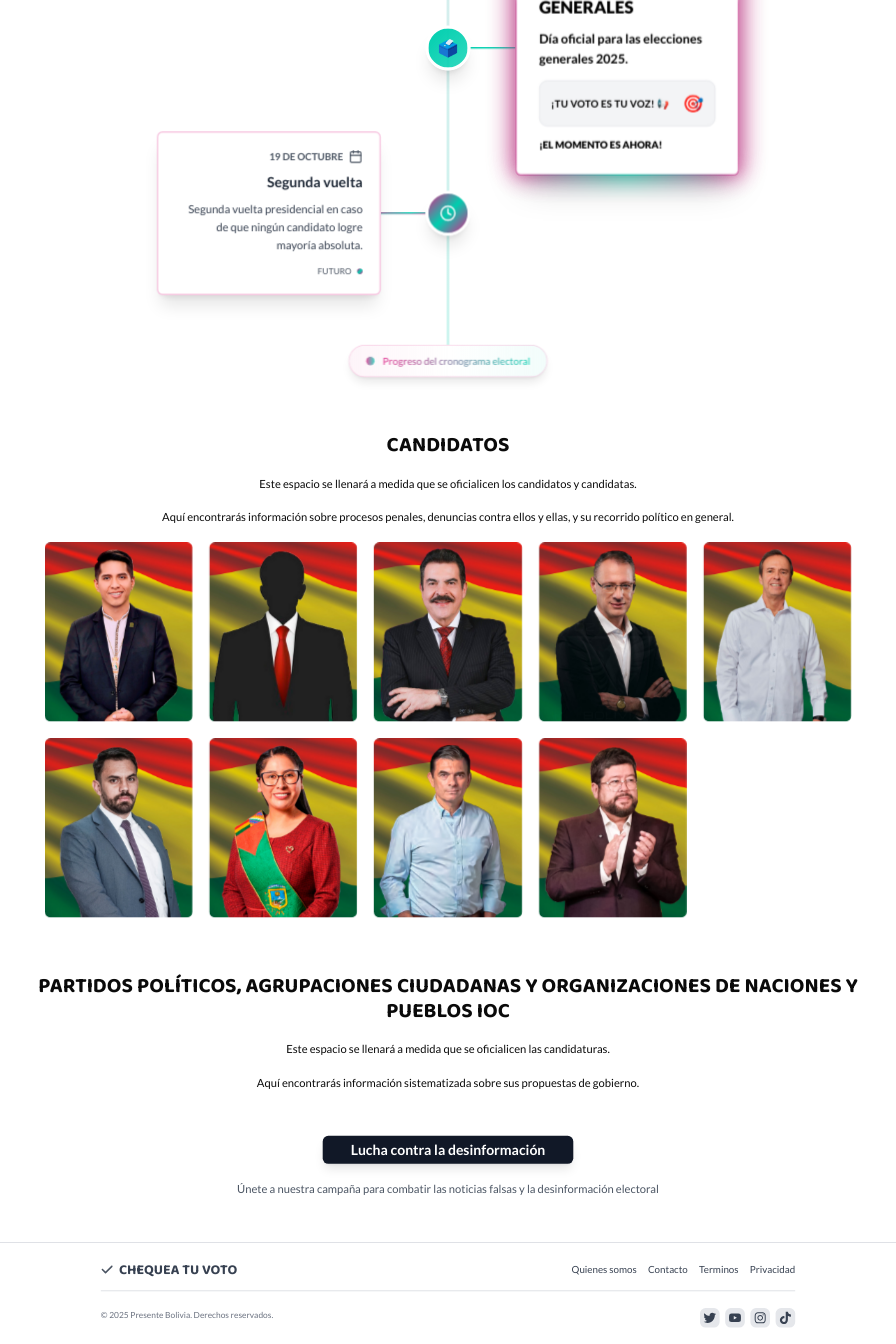
Repository: Roberto8695/chequeatuvoto-v2
Page: /
The author's editor kept a copy of each file at every save. The page is drawn from the files as they stood at one save, then again after the next save.
The browser window is 1280 px wide. The pictures show the part of the page from y = 4462 to 6382 px (the page is 6382 px tall), at 70% of full size.
The project was rebuilt for these pictures with package versions that can differ from the ones it lists, and the page was loaded fresh each time. Some packages were replaced by stand-ins written for this rebuild. The framework's server and built-in components were replaced by stand-ins that run in the browser. Also part of the build but not shown: next.config.ts.

Above is the page before, as saved 2025-07-01 17:24:33.

### src/app/layout.tsx
import type { Metadata } from "next";
import { Lato, Baloo_2 } from "next/font/google";
import "./globals.css";
import { Footer } from "./components/footer"; // Ensure correct import path
import { Navbar } from "./components/navbar"; // Ensure correct import path
import Script from "next/script";

const lato = Lato({
  variable: "--font-primary",
  subsets: ["latin"],
  weight: ["300", "400", "700", "900"],
});

const baloo = Baloo_2({
  variable: "--font-secondary",
  subsets: ["latin"],
  weight: ["400", "500", "700"],
});

export const metadata: Metadata = {
  title: "Chequea tu voto",
  description: "Página dedicada a ayudar a la población boliviana a verificar su voto",
  icons: {
    icon: [
      { url: "/logo3.svg", type: "image/svg+xml" },
      { url: "/icon.svg", type: "image/svg+xml" },
    ],
    shortcut: "/logo3.svg",
    apple: "/logo3.svg",
  },
};

export default function RootLayout({
  children,
}: Readonly<{
  children: React.ReactNode;
}>) {
  return (
    <html lang="en">
<body className={`${lato.variable} ${baloo.variable} antialiased`}>
  {/* Google Analytics */}
  <Script
    strategy="afterInteractive"
    src={`https://www.googletagmanager.com/gtag/js?id=G-XXXXXXXXXX`} // Replace with your ID
  />
  <Script
    id="ga-init"
    strategy="afterInteractive"
    dangerouslySetInnerHTML={{
      __html: `
        window.dataLayer = window.dataLayer || [];
        function gtag(){dataLayer.push(arguments);}
        gtag('js', new Date());
        gtag('config', 'G-JVEVFC0HKC', {
          page_path: window.location.pathname,
        });
      `,
    }}
  />

  <div className="flex flex-col min-h-screen">
    <Navbar />
    <main className="flex-1">{children}</main>
    <Footer />
  </div>
</body>

    </html>
  );
}

### src/app/components/footer.tsx
import Link from "next/link";
import {FaCheck } from "react-icons/fa6"; // Location Icon
import { FaTwitter,FaInstagram, FaTiktok, FaYoutube } from "react-icons/fa"; // Social Icons

const footerLinks = [
  { name: "Quienes somos", href: "/about" },
  { name: "Contacto", href: "/contact" },
  { name: "Terminos", href: "/#" },
  { name: "Privacidad", href: "/#" },
];

const socialLinks = [
  { icon: FaTwitter, href: "https://twitter.com" },
  { icon: FaYoutube, href: "https://discord.com" },
  { icon: FaInstagram, href: "https://instagram.com" },
  { icon: FaTiktok, href: "https://tiktok.com" },
];

export function Footer() {
  return (
    <footer className="bg-white border-t border-gray-300 py-6">
      <div className="max-w-screen-lg mx-auto flex flex-col gap-4 px-4">
        {/* First Row: Location & Links */}
        <div className="flex flex-col sm:flex-row justify-between items-center w-full">
          {/* Location */}
          <div className="flex items-center gap-2 text-gray-700 text-sm">
            <FaCheck className="text-lg text-gray-600" />
            <span className="font-extrabold font-round text-2xl sm:text-xl">CHEQUEA TU VOTO</span>
          </div>

          {/* Navigation Links */}
          <nav className="flex gap-4 flex-wrap justify-center sm:justify-end">
            {footerLinks.map((link) => (
              <Link key={link.name} href={link.href} className="text-sm text-gray-700 hover:text-black">
                {link.name}
              </Link>
            ))}
          </nav>
        </div>

        {/* Second Row: Copyright & Social Icons */}
        <div className="flex flex-col sm:flex-row justify-between items-center w-full border-t border-gray-300 pt-4">
          {/* Copyright */}
          <div className="text-xs text-gray-500 text-center sm:text-left">
            © {new Date().getFullYear()} Presente Bolivia. Derechos reservados.
          </div>

          {/* Social Icons */}
          <div className="flex gap-2 mt-2">
            {socialLinks.map(({ icon: Icon, href }, idx) => (
              <Link key={idx} href={href} target="_blank" rel="noopener noreferrer">
                <div className="w-7 h-7 flex items-center justify-center rounded-lg bg-gray-200 hover:bg-gray-300 transition">
                  <Icon className="text-gray-700 text-lg" />
                </div>
              </Link>
            ))}
          </div>
        </div>
      </div>
    </footer>
  );
}

### src/components/ui/button.tsx
import * as React from "react"
import { Slot } from "@radix-ui/react-slot"
import { cva, type VariantProps } from "class-variance-authority"

import { cn } from "@/lib/utils"

const buttonVariants = cva(
  "inline-flex items-center justify-center gap-2 whitespace-nowrap rounded-md text-sm font-medium ring-offset-background transition-colors focus-visible:outline-none focus-visible:ring-2 focus-visible:ring-ring focus-visible:ring-offset-2 disabled:pointer-events-none disabled:opacity-50 [&_svg]:pointer-events-none [&_svg]:size-4 [&_svg]:shrink-0",
  {
    variants: {
      variant: {
        default: "bg-primary text-primary-foreground hover:bg-primary/90",
        destructive:
          "bg-destructive text-destructive-foreground hover:bg-destructive/90",
        outline:
          "border border-input bg-background hover:bg-accent hover:text-accent-foreground",
        secondary:
          "bg-secondary text-secondary-foreground hover:bg-secondary/80",
        ghost: "hover:bg-accent hover:text-accent-foreground",
        link: "text-primary underline-offset-4 hover:underline",
      },
      size: {
        default: "h-10 px-4 py-2",
        sm: "h-9 rounded-md px-3",
        lg: "h-11 rounded-md px-8",
        icon: "h-10 w-10",
      },
    },
    defaultVariants: {
      variant: "default",
      size: "default",
    },
  }
)

export interface ButtonProps
  extends React.ButtonHTMLAttributes<HTMLButtonElement>,
    VariantProps<typeof buttonVariants> {
  asChild?: boolean
}

const Button = React.forwardRef<HTMLButtonElement, ButtonProps>(
  ({ className, variant, size, asChild = false, ...props }, ref) => {
    const Comp = asChild ? Slot : "button"
    return (
      <Comp
        className={cn(buttonVariants({ variant, size, className }))}
        ref={ref}
        {...props}
      />
    )
  }
)
Button.displayName = "Button"

export { Button, buttonVariants }

### src/app/components/card-candidatos.tsx
import { FocusCards } from "@/components/ui/focus-cards";

export function CardCandidatos() {
  const cards = [
    {
      title: "Andronico Rodríguez",
      team: "ALIANZA POPULAR",
      src: "/imagenes2/IMAGENES PAGINA WEB/andronico.jpg",
      slug: "alianza-popular",
    },
    {
      title: "A confirmar",
      team: "ADN",
      src: "/imagenes2/IMAGENES PAGINA WEB/proximamente-extra.jpg",
      slug: "adn",
    },
    {
      title: "Manfred Reyes Villa",
      team: "APB-SUMATE",
      src: "/imagenes2/IMAGENES PAGINA WEB/Manfred.jpg",
      slug: "apb-sumate",
    },
    {
      title: "Jaime Dunn",
      team: "NGP",
      src: "/imagenes2/IMAGENES PAGINA WEB/jaime-dunn.jpg",
      slug: "ngp",
    },
    {
      title: "Jorge Tuto Quiroga",
      team: "FRI",
      src: "/imagenes2/IMAGENES PAGINA WEB/tutito.jpg",
      slug: "fri",
    },
    {
      title: "Eduardo Del Castillo",
      team: "MAS-IPSP",
      src: "/imagenes2/IMAGENES PAGINA WEB/eduardo-del-castillo.jpg",
      slug: "mas-ipsp",
    },
    {
      title: "Eva Copa",
      team: "MORENA",
      src: "/imagenes2/IMAGENES PAGINA WEB/eva-copa.jpg",
      slug: "morena",
    },
    {
      title: "Rodrigo Paz Pereira",
      team: "PDC",
      src: "/imagenes2/IMAGENES PAGINA WEB/rodrigo-paz.jpg",
      slug: "pdc",
    },

    {
      title: "Samuel Doria Medina",
      team: "UN",
      src: "/imagenes2/IMAGENES PAGINA WEB/samuel-doria-medina.jpg",
      slug: "un",
    },

  ];

  return <FocusCards cards={cards} />;
}

### src/components/ui/hero-section.tsx
"use client"

import ElectionCountdown from "@/components/ui/countdown"


export default function HeroSection() {
  return (
    <section className="relative min-h-screen bg-gradient-to-br from-[#de2488]/5 via-white to-[#00cfaf]/5 overflow-hidden">
      {/* Elementos decorativos de fondo */}
      <div className="absolute inset-0 overflow-hidden">
        {/* Formas geométricas con los nuevos colores */}
        <div className="absolute top-20 left-10 w-32 h-32 bg-[#de2488]/10 rounded-full animate-pulse"></div>
        <div className="absolute top-40 right-20 w-24 h-24 bg-[#00cfaf]/15 rotate-45 animate-bounce"></div>
        <div className="absolute bottom-32 left-20 w-28 h-28 bg-[#de2488]/10 rounded-lg animate-pulse"></div>
        <div className="absolute bottom-20 right-10 w-20 h-20 bg-[#00cfaf]/10 rotate-12 animate-bounce"></div>

        {/* Líneas decorativas con los nuevos colores */}
        <div className="absolute top-0 left-1/4 w-1 h-full bg-gradient-to-b from-[#de2488]/30 via-[#00cfaf]/20 to-[#de2488]/30 animate-pulse"></div>
        <div className="absolute top-0 right-1/3 w-1 h-full bg-gradient-to-b from-[#00cfaf]/30 via-[#de2488]/20 to-[#00cfaf]/30 animate-pulse"></div>

        {/* Círculos adicionales para más dinamismo */}
        <div className="absolute top-1/3 left-1/2 w-40 h-40 bg-gradient-to-r from-[#de2488]/5 to-[#00cfaf]/5 rounded-full animate-pulse transform -translate-x-1/2"></div>
        <div className="absolute bottom-1/4 right-1/4 w-24 h-24 bg-[#de2488]/8 rounded-full animate-bounce"></div>
      </div>

      <div className="relative z-10 max-w-7xl mx-auto px-4 sm:px-6 lg:px-8 py-12">        {/* Header con texto principal centrado */}
        <div className="text-center mb-16">
          <div className="flex flex-col items-center justify-center">
            <h1 className="text-4xl sm:text-5xl lg:text-6xl font-bold font-round mb-8 text-black leading-tight">
              TE AYUDAMOS A INFORMARTE ANTES DE VOTAR
            </h1>

            {/* Countdown integrado debajo del texto */}
            <div className="flex justify-center">
              <ElectionCountdown />
            </div>
          </div>
        </div>


      </div>
    </section>
  )
}

### src/components/ui/loading-screen.tsx
"use client";

import { useEffect, useState } from 'react';
import Image from 'next/image';

interface LoadingScreenProps {
  onLoadingComplete: () => void;
}

export default function LoadingScreen({ onLoadingComplete }: LoadingScreenProps) {
  const [isVisible, setIsVisible] = useState(true);
  const [shouldShow, setShouldShow] = useState(false);

  useEffect(() => {
    // Verificar si ya se mostró la loading screen en esta sesión
    const hasShownLoading = localStorage.getItem('hasShownLoadingScreen');

    if (!hasShownLoading) {
      // Primera vez en la sesión, mostrar loading screen
      setShouldShow(true);
      localStorage.setItem('hasShownLoadingScreen', 'true');

      const timer = setTimeout(() => {
        setIsVisible(false);
        // Dar un poco más de tiempo para la animación de salida
        setTimeout(() => {
          onLoadingComplete();
        }, 500);
      }, 2500);

      return () => clearTimeout(timer);
    } else {
      // Ya se mostró antes, completar inmediatamente
      onLoadingComplete();
    }
  }, [onLoadingComplete]);

  // Si no debe mostrarse, no renderizar nada
  if (!shouldShow) {
    return null;
  }

  return (
    <div
      className={`fixed inset-0 z-50 flex items-center justify-center bg-white transition-opacity duration-500 ${
        isVisible ? 'opacity-100' : 'opacity-0'
      }`}
    >
      <div className="flex flex-col items-center space-y-8">
        {/* Logo con animación de pulso */}
        <div className="relative">
          <div className="absolute inset-0 bg-gradient-to-r from-[#de2488] to-[#00cfaf] rounded-full animate-ping opacity-30"></div>
          <div className="relative bg-white rounded-full p-4 shadow-2xl">
            <Image
              src="/logo3.svg"
              alt="Chequea tu Voto Logo"
              width={120}
              height={120}
              className="animate-pulse"
              priority
            />
          </div>
        </div>

        {/* Texto de carga */}
        <div className="text-center space-y-2">
          <h2 className="text-2xl font-bold bg-gradient-to-r from-[#de2488] to-[#00cfaf] bg-clip-text text-transparent">
            Chequea tu Voto
          </h2>
          <p className="text-gray-600 animate-pulse">
            Cargando...
          </p>
        </div>

        {/* Barra de progreso animada */}
        <div className="w-64 h-2 bg-gray-200 rounded-full overflow-hidden">
          <div
            className="h-full bg-gradient-to-r from-[#de2488] to-[#00cfaf] rounded-full animate-pulse"
            style={{
              animation: 'loadingBar 2.5s ease-in-out forwards'
            }}
          ></div>
        </div>
      </div>

      <style jsx>{`
        @keyframes loadingBar {
          0% {
            width: 0%;
          }
          100% {
            width: 100%;
          }
        }
      `}</style>
    </div>
  );
}

### src/components/ui/focus-cards.tsx
"use client";

import React, { useState } from "react";
import Image from "next/image";
import Link from "next/link";
import { cn } from "@/lib/utils";

interface CardType {
  title: string;
  team?: string;
  src: string;
  slug?: string;
  partido?: string;
}

export const Card = React.memo(
  ({
    card,
    index,
    hovered,
    setHovered,
  }: {
    card: CardType;
    index: number;
    hovered: number | null;
    setHovered: React.Dispatch<React.SetStateAction<number | null>>;
  }) => {
    const CardContent = (
      <div
        onMouseEnter={() => setHovered(index)}
        onMouseLeave={() => setHovered(null)}
        className={cn(
          "rounded-lg relative bg-gray-100 dark:bg-neutral-900 overflow-hidden h-48 md:h-64 w-full transition-all duration-300 ease-out cursor-pointer group",
          hovered !== null && hovered !== index && "blur-sm scale-[0.98]"
        )}
      >
        <Image
          src={card.src}
          alt={card.title}
          fill
          className="object-cover object-center group-hover:transition-transform duration-500"
        />
        <div
          className={cn(
            "absolute inset-0 bg-black/50 flex items-end py-3 px-3 transition-opacity duration-300",
            hovered === index ? "opacity-100" : "opacity-0"
          )}
        >
          <div className="w-full">
            <div className="text-sm md:text-lg font-bold bg-clip-text text-white leading-tight">
              {card.title}
            </div>
            {card.team && (
              <div className="text-xs md:text-sm font-bold bg-clip-text text-white leading-tight -mt-0.5">
                {card.team}
              </div>
            )}
            {card.slug && (
              <div className="text-xs text-white/80 mt-1 flex items-center">
                Ver más
                <svg className="w-3 h-3 ml-1" fill="none" stroke="currentColor" viewBox="0 0 24 24">
                  <path strokeLinecap="round" strokeLinejoin="round" strokeWidth={2} d="M9 5l7 7-7 7" />
                </svg>
              </div>
            )}
          </div>
        </div>
      </div>
    );

    // Si tiene slug, envolver en Link, sino devolver solo el contenido
    if (card.slug) {
      return (
        <Link href={`/candidatos/${card.slug}`} className="block">
          {CardContent}
        </Link>
      );
    }

    return CardContent;
  }
);

Card.displayName = "Card";

export function FocusCards({ cards }: { cards: CardType[] }) {
  const [hovered, setHovered] = useState<number | null>(null);

  return (
    <div className="grid grid-cols-2 md:grid-cols-5 gap-4 md:gap-6 max-w-full mx-auto md:px-8 w-full">
      {cards.map((card, index) => (
        <Card
          key={`${card.title}-${card.slug || index}`}
          card={card}
          index={index}
          hovered={hovered}
          setHovered={setHovered}
        />
      ))}
    </div>
  );
}

### src/components/ui/card.tsx
import * as React from "react"

import { cn } from "@/lib/utils"

const Card = React.forwardRef<
  HTMLDivElement,
  React.HTMLAttributes<HTMLDivElement>
>(({ className, ...props }, ref) => (
  <div
    ref={ref}
    className={cn(
      "rounded-lg border bg-card text-card-foreground shadow-sm",
      className
    )}
    {...props}
  />
))
Card.displayName = "Card"

const CardHeader = React.forwardRef<
  HTMLDivElement,
  React.HTMLAttributes<HTMLDivElement>
>(({ className, ...props }, ref) => (
  <div
    ref={ref}
    className={cn("flex flex-col space-y-1.5 p-6", className)}
    {...props}
  />
))
CardHeader.displayName = "CardHeader"

const CardTitle = React.forwardRef<
  HTMLDivElement,
  React.HTMLAttributes<HTMLDivElement>
>(({ className, ...props }, ref) => (
  <div
    ref={ref}
    className={cn(
      "text-2xl font-semibold leading-none tracking-tight",
      className
    )}
    {...props}
  />
))
CardTitle.displayName = "CardTitle"

const CardDescription = React.forwardRef<
  HTMLDivElement,
  React.HTMLAttributes<HTMLDivElement>
>(({ className, ...props }, ref) => (
  <div
    ref={ref}
    className={cn("text-sm text-muted-foreground", className)}
    {...props}
  />
))
CardDescription.displayName = "CardDescription"

const CardContent = React.forwardRef<
  HTMLDivElement,
  React.HTMLAttributes<HTMLDivElement>
>(({ className, ...props }, ref) => (
  <div ref={ref} className={cn("p-6 pt-0", className)} {...props} />
))
CardContent.displayName = "CardContent"

const CardFooter = React.forwardRef<
  HTMLDivElement,
  React.HTMLAttributes<HTMLDivElement>
>(({ className, ...props }, ref) => (
  <div
    ref={ref}
    className={cn("flex items-center p-6 pt-0", className)}
    {...props}
  />
))
CardFooter.displayName = "CardFooter"

export { Card, CardHeader, CardFooter, CardTitle, CardDescription, CardContent }

### tailwind.config.ts
import type { Config } from "tailwindcss";

export default {
    darkMode: ["class"],
    content: [
    "./src/pages/**/*.{js,ts,jsx,tsx,mdx}",
    "./src/components/**/*.{js,ts,jsx,tsx,mdx}",
    "./src/app/**/*.{js,ts,jsx,tsx,mdx}",
  ],
  theme: {
  	extend: {
  		colors: {
  			background: 'hsl(var(--background))',
  			foreground: 'hsl(var(--foreground))',
  			card: {
  				DEFAULT: 'hsl(var(--card))',
  				foreground: 'hsl(var(--card-foreground))'
  			},
  			popover: {
  				DEFAULT: 'hsl(var(--popover))',
  				foreground: 'hsl(var(--popover-foreground))'
  			},
  			primary: {
  				DEFAULT: 'hsl(var(--primary))',
  				foreground: 'hsl(var(--primary-foreground))'
  			},
  			secondary: {
  				DEFAULT: 'hsl(var(--secondary))',
  				foreground: 'hsl(var(--secondary-foreground))'
  			},
  			muted: {
  				DEFAULT: 'hsl(var(--muted))',
  				foreground: 'hsl(var(--muted-foreground))'
  			},
  			accent: {
  				DEFAULT: 'hsl(var(--accent))',
  				foreground: 'hsl(var(--accent-foreground))'
  			},
  			destructive: {
  				DEFAULT: 'hsl(var(--destructive))',
  				foreground: 'hsl(var(--destructive-foreground))'
  			},
  			border: 'hsl(var(--border))',
  			input: 'hsl(var(--input))',
  			ring: 'hsl(var(--ring))',
  			chart: {
  				'1': 'hsl(var(--chart-1))',
  				'2': 'hsl(var(--chart-2))',
  				'3': 'hsl(var(--chart-3))',
  				'4': 'hsl(var(--chart-4))',
  				'5': 'hsl(var(--chart-5))'
  			}
  		},
  		borderRadius: {
  			lg: 'var(--radius)',
  			md: 'calc(var(--radius) - 2px)',
  			sm: 'calc(var(--radius) - 4px)'
  		},
		  keyframes: {
			"accordion-down": {
			  from: { height: "0" },
			  to: { height: "var(--radix-accordion-content-height)" },
			},
			"accordion-up": {
			  from: { height: "var(--radix-accordion-content-height)" },
			  to: { height: "0" },
			},
			fadeIn: {
			  "0%": { opacity: "0", transform: "translateY(-10px)" },
			  "100%": { opacity: "1", transform: "translateY(0)" },
			},
			pulseSubtle: {
			  "0%, 100%": { opacity: "1" },
			  "50%": { opacity: "0.85" },
			},
			pulseSlow: {
			  "0%, 100%": { boxShadow: "0 0 0 0 rgba(239, 68, 68, 0.4)" },
			  "50%": { boxShadow: "0 0 0 8px rgba(239, 68, 68, 0)" },
			},
		  },
		  animation: {
			"accordion-down": "accordion-down 0.2s ease-out",
			"accordion-up": "accordion-up 0.2s ease-out",
			fadeIn: "fadeIn 0.5s ease-out forwards",
			"pulse-subtle": "pulseSubtle 2s ease-in-out infinite",
			"pulse-slow": "pulseSlow 2s infinite",
		  },

		  fontFamily: {
			sans: ['var(--font-primary)'],
			round: ['var(--font-secondary)'],
		  },
  },
  plugins: [require("tailwindcss-animate")],
},
} satisfies Config;

Loaded but not shown: src/lib/utils.ts (common file); src/components/ui/animated-timeline.tsx (510 lines, source omitted); src/components/ui/features-grid.tsx (313 lines, source omitted); src/app/page.tsx (270 lines, source omitted); src/components/ui/countdown.tsx (183 lines, source omitted); src/app/globals.css (215 lines, source omitted); src/app/components/navbar.tsx (91 lines, source omitted)

After the next save:
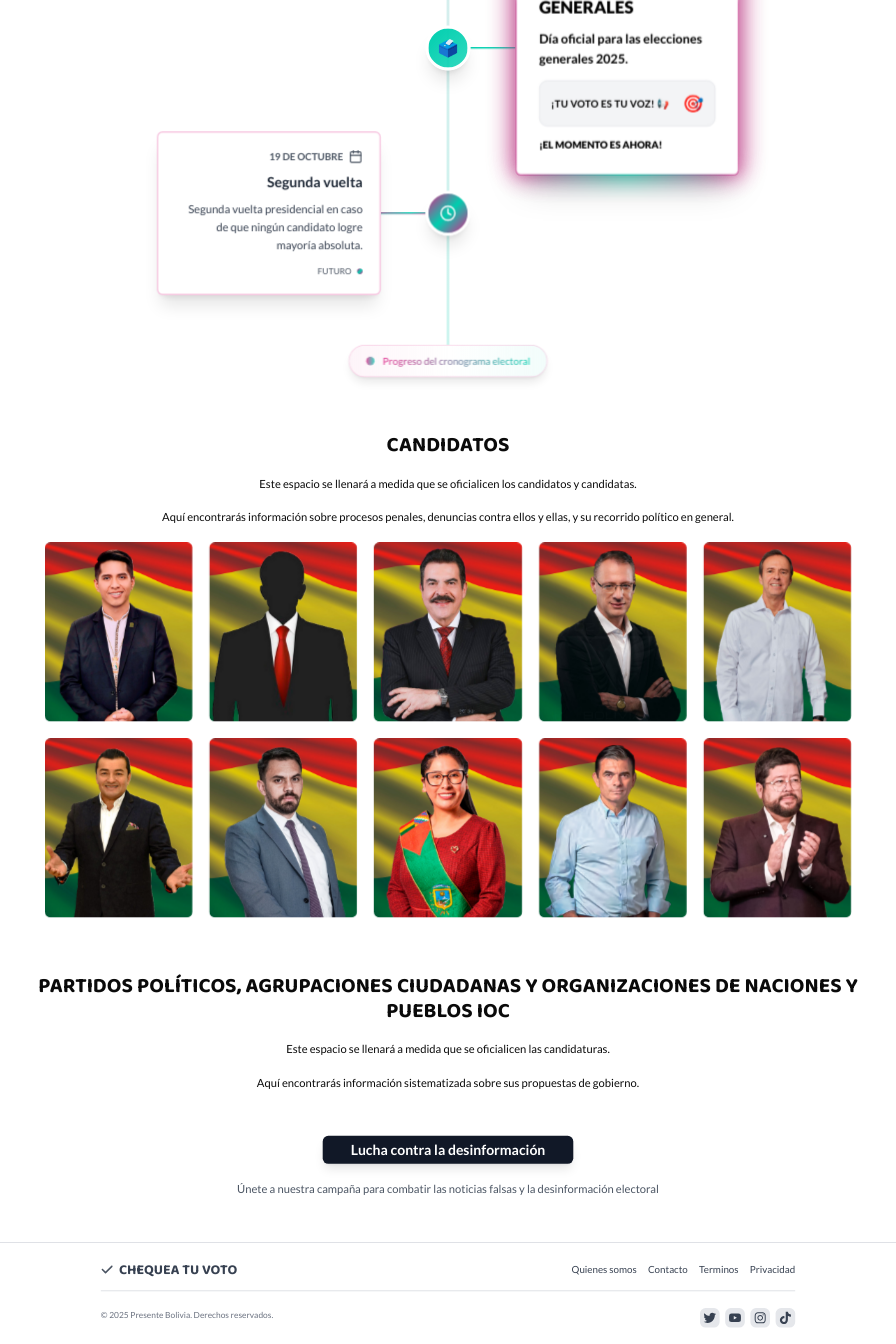
Saved 4 s later.
--- a/src/app/components/card-candidatos.tsx
+++ b/src/app/components/card-candidatos.tsx
@@ -33,6 +33,12 @@
       slug: "fri",
     },
     {
+      title: "Jhonny Fernández",
+      team: "UCS",
+      src: "/imagenes2/IMAGENES PAGINA WEB/jhonny-fernandez.jpg",
+      slug: "ucs",
+    },
+    {
       title: "Eduardo Del Castillo",
       team: "MAS-IPSP",
       src: "/imagenes2/IMAGENES PAGINA WEB/eduardo-del-castillo.jpg",
